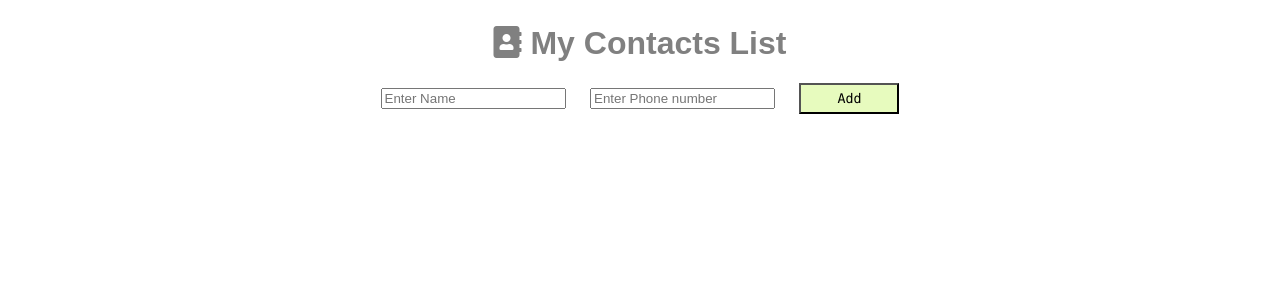
Repository: Sayan-100/Contact-List
Page: http://localhost/
These files come from the project's save history. The page is drawn as it stood at one moment and after the next save; the edit follows.
The browser window is 1280 px wide. The pictures show the whole page.
Some web libraries are served in a nearby version. The page is served by the project's Node server (index.js). Queries for data that is not in the repository find no rows.

Above is the page before, as saved 2022-01-09 21:44:00.

After the next save:
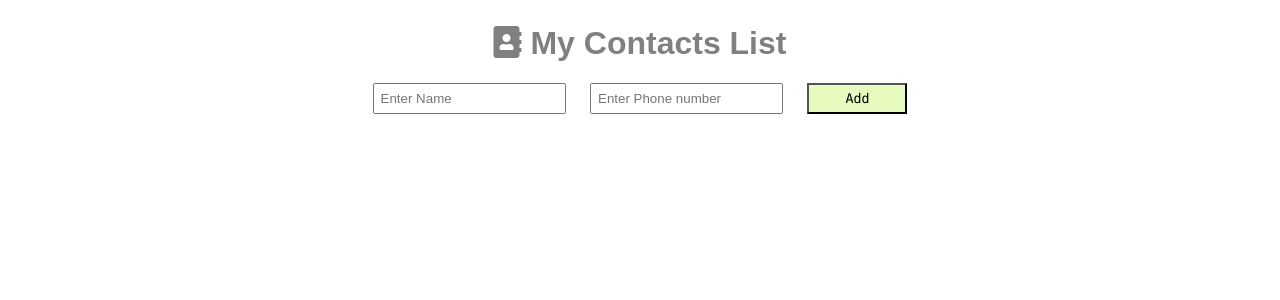
Saved 22 s later.
--- a/assets/css/home.css
+++ b/assets/css/home.css
@@ -29,6 +29,7 @@
 
     input {
         margin-right: 20px;
+        padding: 6px;
     }
 
     button {
